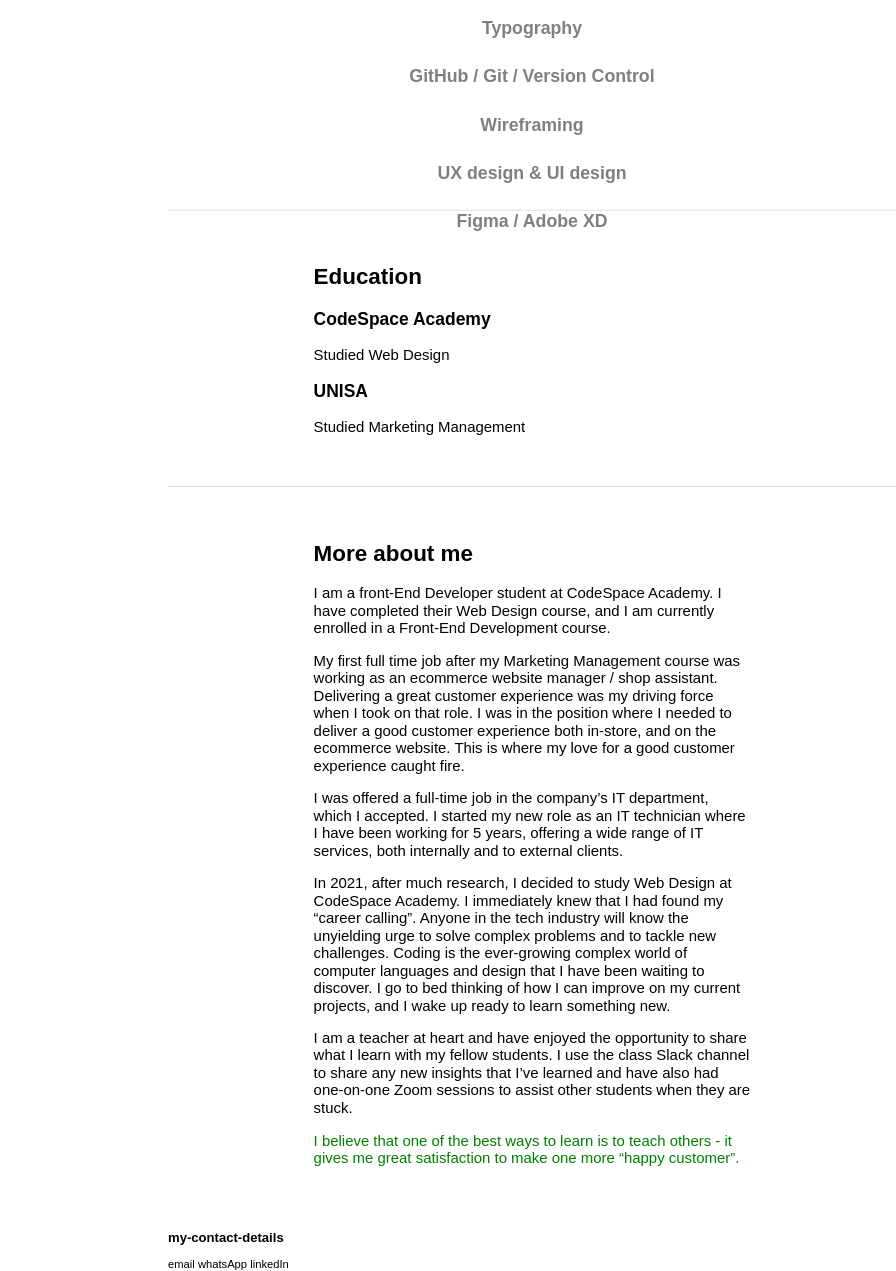
Repository: WesleyErasmus/MyDigitalResume-5
Page: index.html
These files come from the project's save history. The page is drawn as it stood at one moment and after the next save; the edit follows.
The browser window is 1280 px wide. The pictures show the part of the page from y = 2334 to 4254 px (the page is 4150 px tall before and 4254 px after), at 70% of full size.

Above is the page before, as saved 2022-02-25 23:25:01.

After the next save:
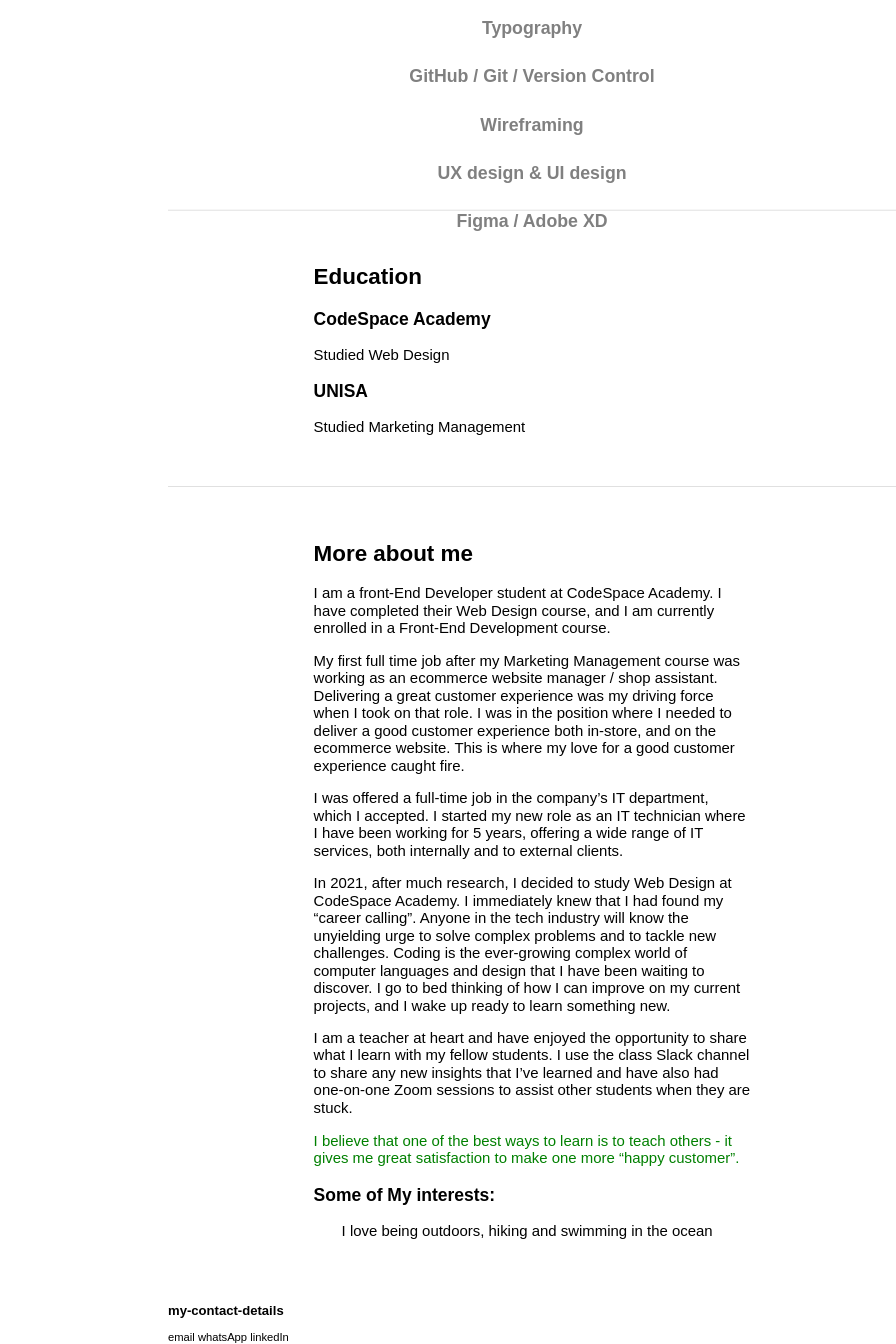
Saved 92 s later.
--- a/index.html
+++ b/index.html
@@ -126,6 +126,12 @@
             <p class="green-text">I believe that one of the best ways to learn is to teach others - it gives me great
                 satisfaction to make one more “happy customer”.</p>
             </p>
+            <h3>Some of My interests:</h3>
+            <ul>
+                <li>I love being outdoors, hiking and swimming in the ocean</li>
+                <li></li>
+                <li></li>
+            </ul>
         </article>
     </main>
     <footer>
